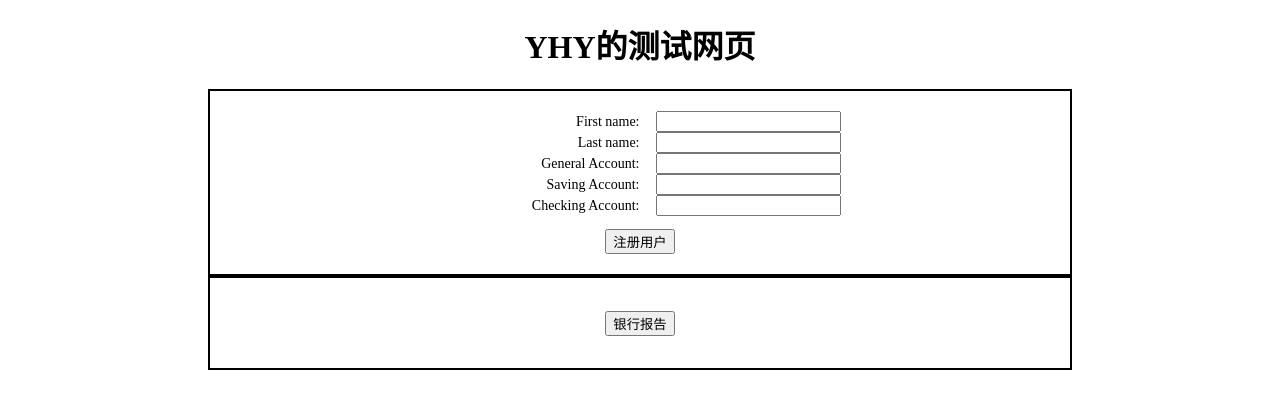
Repository: Darkmoon1/Bank-java-
Page: Bank/myBank/WebContent/home.html
An editor plug-in stored every save of this project. The page is shown before and after the next save, followed by the edit.
The browser window is 1280 px wide. The pictures show the whole page.

Above is the page before, as saved 2017-07-13 18:19:04.

### Bank/myBank/WebContent/home.html
<!DOCTYPE html>
<html lang="en">
<head>
	<meta charset="UTF-8">
    <meta name="viewport"
          content="width=device-width, user-scalable=no, initial-scale=1.0, maximum-scale=1.0, minimum-scale=1.0">
    <meta http-equiv="X-UA-Compatible" content="text/html">
    <script type="text/javascript" src="js/jquery.js"></script>
    <script type="text/javascript" src="js/test.js"></script>
    <style type="text/css">
    body{
        text-align:center;
    }
    div{
    	border: 2px solid black;
    	margin-left: 200px;
    	margin-right: 200px;
    	padding: 20px;
    }

    h1{
    	left:
    }
    .re{
    	height: 50px;
    }
    #report{
    	margin-top: 13px;
    }
    #regist{
    	margin-top: 13px;
    }
    label{
    	display: inline-block;
  		width: 200px;
    	margin-right: 12px;
    	vertical-align: baseline;
    	text-align: right;
    	font-size: 14px;
    }
    </style>
<title>bank</title>
</head>
	<body>
	<h1>YHY的测试网页</h1>
	<div>
	<form action="MyServlet" method="post">
	<label>First name:</label>
	<input	id="fname" type="text" name="fname" required="required"/>
	<br>
	<label>Last name: </label>
  	<input id="lname" type="text" name="lname" required="required"/>
	<br>
  	<label>General Account:</label>
  	<input id="GA" type="text" name="GA" required="required"/>
	<br>
  	<label>Saving Account:</label>
  	<input id="SA" type="text" name="SA" required="required"/>
	<br>
  	<label>Checking Account:</label>
  	<input id="CA" type="text" name="CA" required="required"/>
	<br>
  	<input  id="regist"	type="submit"  value = "注册用户" />
	</form>
	</div>
	<div class = "re">
	<form action="MyReportServlet" method = "post">
	<input id="report" type="submit" value = "银行报告"/>
	</form>

	</div>
</body>
</html>

### Bank/myBank/WebContent/js/test.js
function regist(){


}

Loaded but not shown: Bank/myBank/WebContent/js/jquery.js (library)

After the next save:
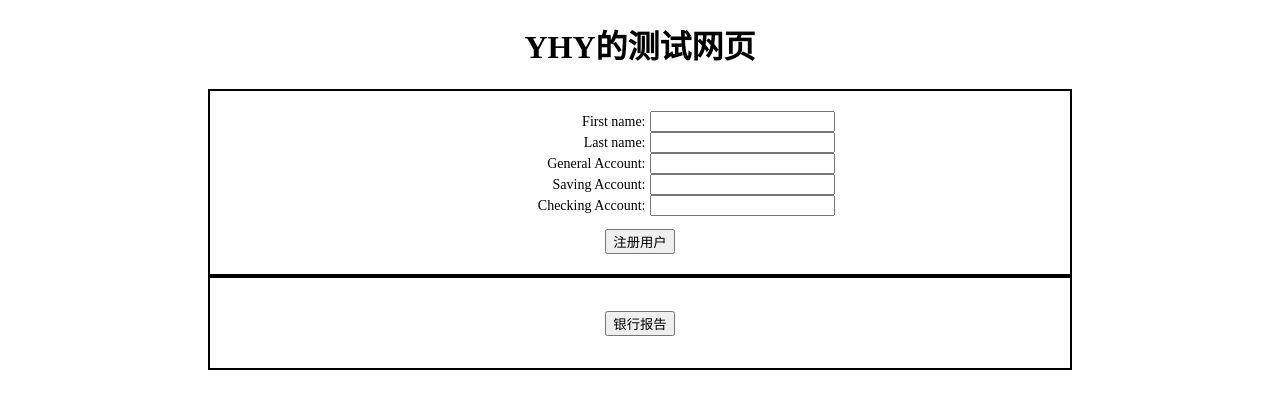
Saved 21 s later.
--- a/Bank/myBank/WebContent/home.html
+++ b/Bank/myBank/WebContent/home.html
@@ -33,7 +33,7 @@
     label{
     	display: inline-block;
   		width: 200px;
-    	margin-right: 12px;
+    	margin-right: 0px;
     	vertical-align: baseline;
     	text-align: right;
     	font-size: 14px;
